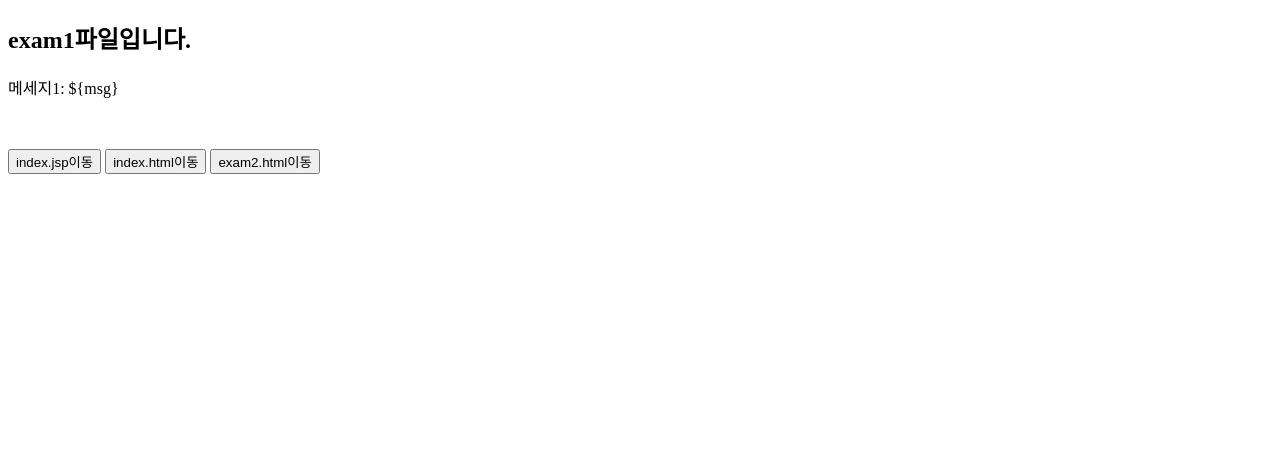
Repository: asfsdw/springBoot
Page: demo1/src/main/resources/static/exam/exam1.html
These files come from the project's save history. The page is drawn as it stood at one moment and after the next save; the edit follows.
The browser window is 1280 px wide. The pictures show the whole page.

Above is the page before, as saved 2025-10-29 08:39:16.

After the next save:
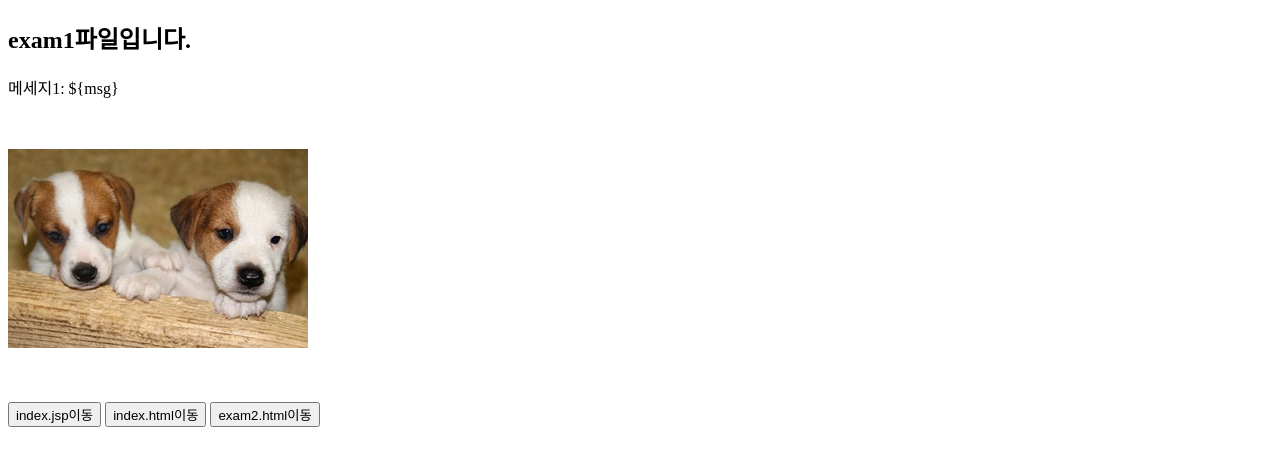
Saved 5 min 12 s later.
--- a/demo1/src/main/resources/static/exam/exam1.html
+++ b/demo1/src/main/resources/static/exam/exam1.html
@@ -8,6 +8,8 @@
 	<h2>exam1파일입니다.</h2>
 	<p>메세지1: ${msg}</p>
 	<p><br/></p>
+	<img src="../images/07.jpg" width="300px" />
+	<p><br/></p>
 	<input type="button" value="index.jsp이동" onclick="location.href='/'" />
 	<input type="button" value="index.html이동" onclick="location.href='../index.html'" />
 	<input type="button" value="exam2.html이동" onclick="location.href='exam2.html'" />
